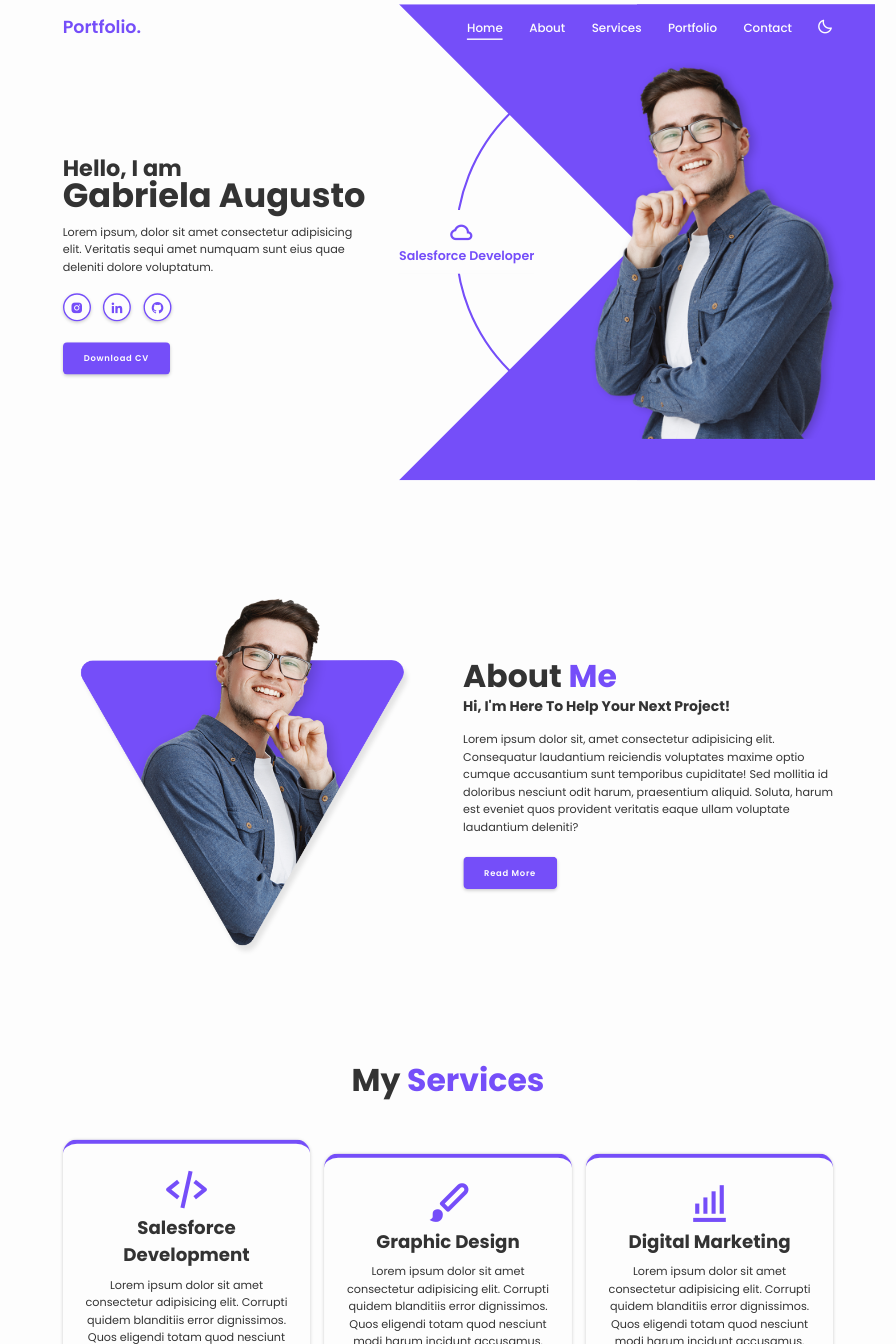
Repository: Gabi-Augusto/Portfolio
Page: index.html
An editor plug-in stored every save of this project. The page is shown before and after the next save, followed by the edit.
The browser window is 1280 px wide. The pictures show the part of the page from y = 0 to 1920 px (the page is 4421 px tall), at 70% of full size.

Above is the page before, as saved 2023-11-29 21:48:19.

After the next save:
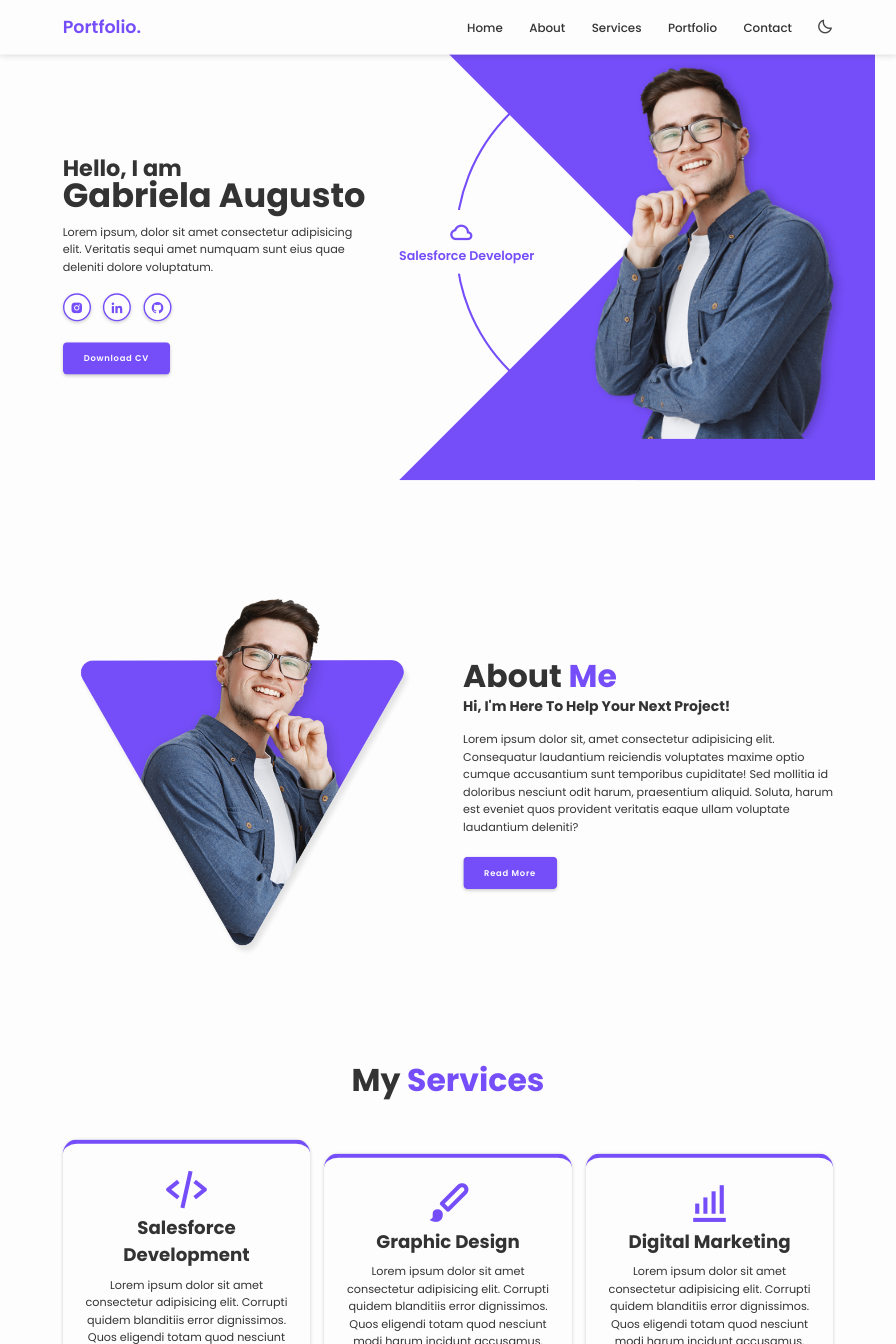
Console error: TypeError: Cannot read properties of null (reading 'classList')
Saved 56 s later.
--- a/js/script.js
+++ b/js/script.js
@@ -9,19 +9,19 @@
 
 window.onscroll = () => {
 
-    // sections.forEach(sec => {
-    //     let top = window.scrollY;
-    //     let offset = sec.offsetTop - 150;
-    //     let height = sec.offsetHeight;
-    //     let id = sec.getAttribute('id');
+    sections.forEach(sec => {
+        let top = window.scrollY;
+        let offset = sec.offsetTop - 100;
+        let height = sec.offsetHeight;
+        let id = sec.getAttribute('id');
 
-    //     if (top >= offset && top < offset + height) {
-    //         navLinks.forEach(links => {
-    //             links.classList.remove('active');
-    //             document.querySelector('header nav a [href*=' + id + ']').classList.add('active');
-    //         });
-    //     };
-    // });
+        if (top >= offset && top < offset + height) {
+            navLinks.forEach(links => {
+                links.classList.remove('active');
+                document.querySelector('header nav a [href*=' + id + ']').classList.add('active');
+            });
+        };
+    });
     /*========== sticky navbar ==========*/
     let header = document.querySelector('.header');
 

After the 3 saves that followed:
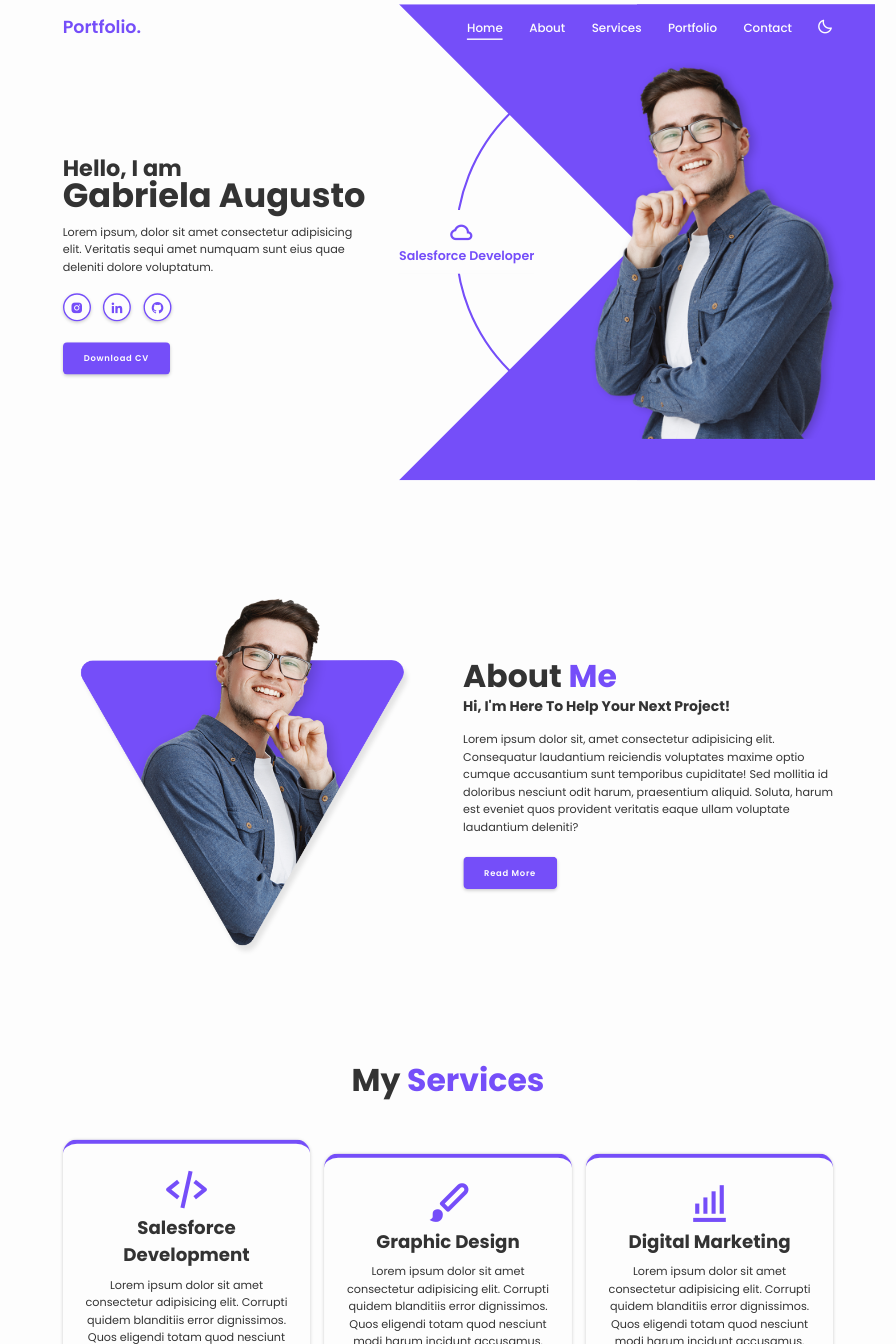
The error is gone.
The 3 saves are shown as one change because 2 left the picture as it was.
The last was saved 3 min 50 s later.
--- a/js/script.js
+++ b/js/script.js
@@ -8,20 +8,19 @@
 let navLinks = document.querySelectorAll('header nav a');
 
 window.onscroll = () => {
+    // sections.forEach(sec => {
+    //     let top = window.scrollY;
+    //     let offset = sec.offsetTop - 150;
+    //     let height = sec.offsetHeight;
+    //     let id = sec.getAttribute('id');
 
-    sections.forEach(sec => {
-        let top = window.scrollY;
-        let offset = sec.offsetTop - 100;
-        let height = sec.offsetHeight;
-        let id = sec.getAttribute('id');
-
-        if (top >= offset && top < offset + height) {
-            navLinks.forEach(links => {
-                links.classList.remove('active');
-                document.querySelector('header nav a [href*=' + id + ']').classList.add('active');
-            });
-        };
-    });
+    //     if (top >= offset && top < offset + height) {
+    //         navLinks.forEach(links => {
+    //             links.classList.remove('active');
+    //             document.querySelector('header nav a [href*=' + id + ']').classList.add('active');
+    //         });
+    //     };
+    // });
     /*========== sticky navbar ==========*/
     let header = document.querySelector('.header');
 
